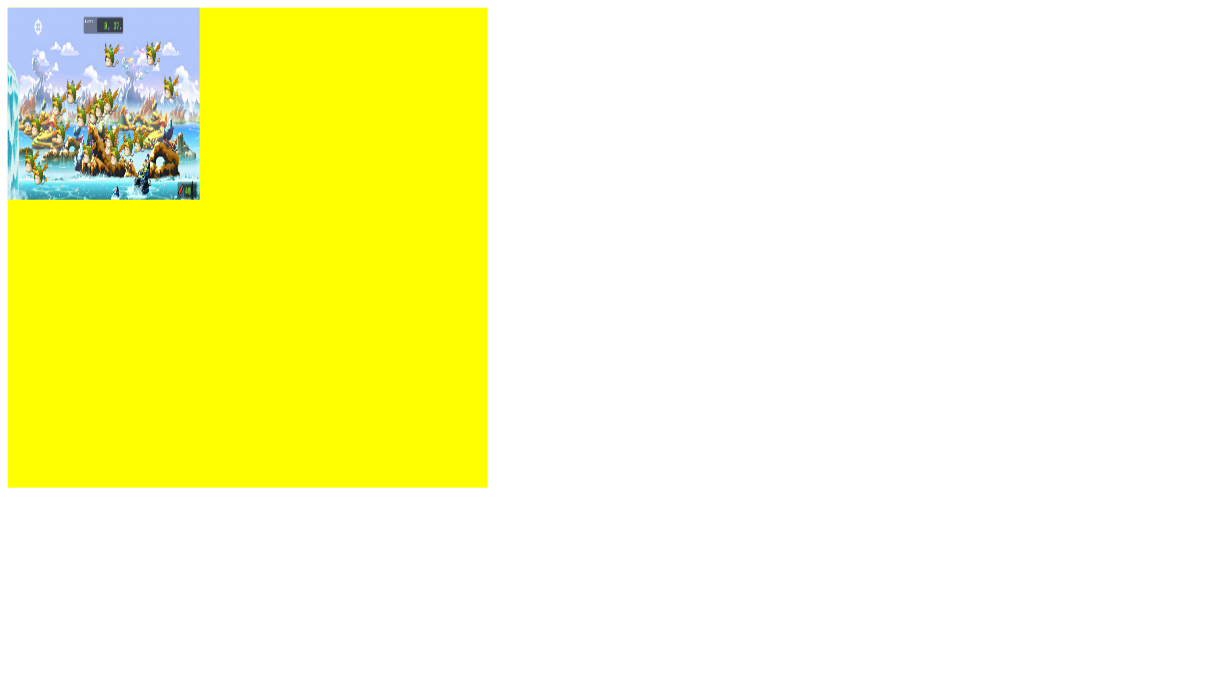
Repository: hwangstar156/UI-collection
Page: drag/index.html
The author's editor kept a copy of each file at every save. The page is drawn from the files as they stood at one save, then again after the next save.
The browser window is 1280 px wide. The pictures show the whole page, at 96% of full size.

Above is the page before, as saved 2021-10-27 02:31:02.

### drag/index.html
<!DOCTYPE html>
<html lang="en">
<head>
    <meta charset="UTF-8">
    <meta http-equiv="X-UA-Compatible" content="IE=edge">
    <meta name="viewport" content="width=device-width, initial-scale=1.0">
    <title>Drag</title>
    <link rel="stylesheet" href="style.css">
</head>
<body>
    <img src="./asset/theSeed.png" alt="" class="drag-box">
    <div class="drop-box" style="-webkit-user-drag: none;"></div>
    <script src="./app.js"></script>
</body>
</html>

### drag/style.css
.drag-box {
    width : 200px;
    height : 200px;
    position: absolute;
}

.drop-box {
    width : 500px;
    height : 500px;
    background-color : yellow;
}

### drag/app.js
const $DropBox = document.querySelector(".drop-box");
const $DragBox = document.querySelector(".drag-box");

const dragHandler = (e) => {
  console.log("dragged");
};

const dragOverHandler = (e) => {
  e.preventDefault();
  e.dataTransfer.dropEffect = "move";
};

const dropHandler = (e) => {
  e.preventDefault();
  console.log(e.layerX, e.layerY);
  $DragBox.style.top = e.layerY + "px";
  $DragBox.style.left = e.layerX + "px";
};

$DragBox.addEventListener("drag", dragHandler);
$DropBox.addEventListener("drop", dropHandler);
$DropBox.addEventListener("dragover", dropHandler);

After the next save:
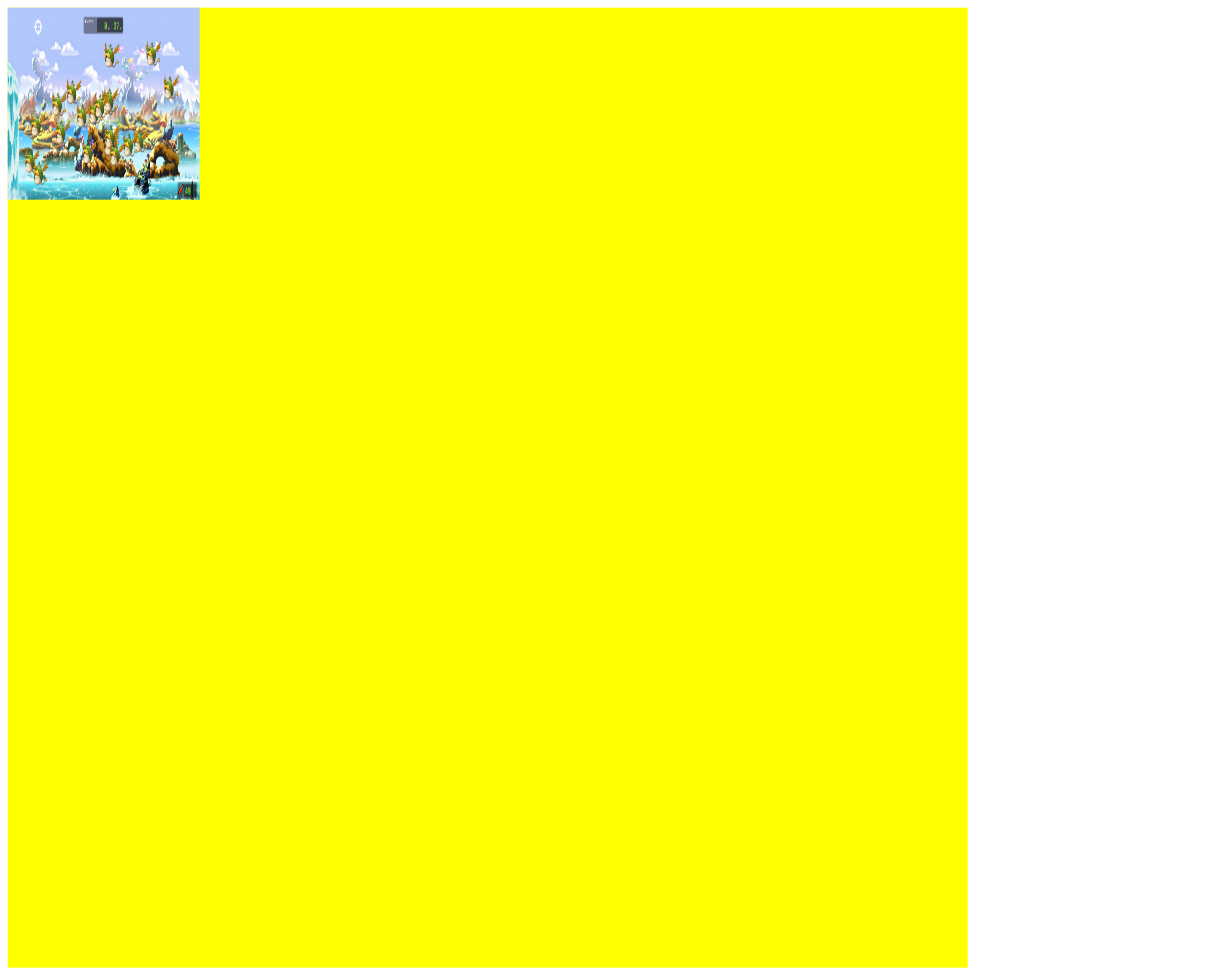
Saved 7 s later.
--- a/drag/style.css
+++ b/drag/style.css
@@ -5,7 +5,7 @@
 }
 
 .drop-box {
-    width : 500px;
-    height : 500px;
+    width : 1000px;
+    height : 1000px;
     background-color : yellow;
 }
